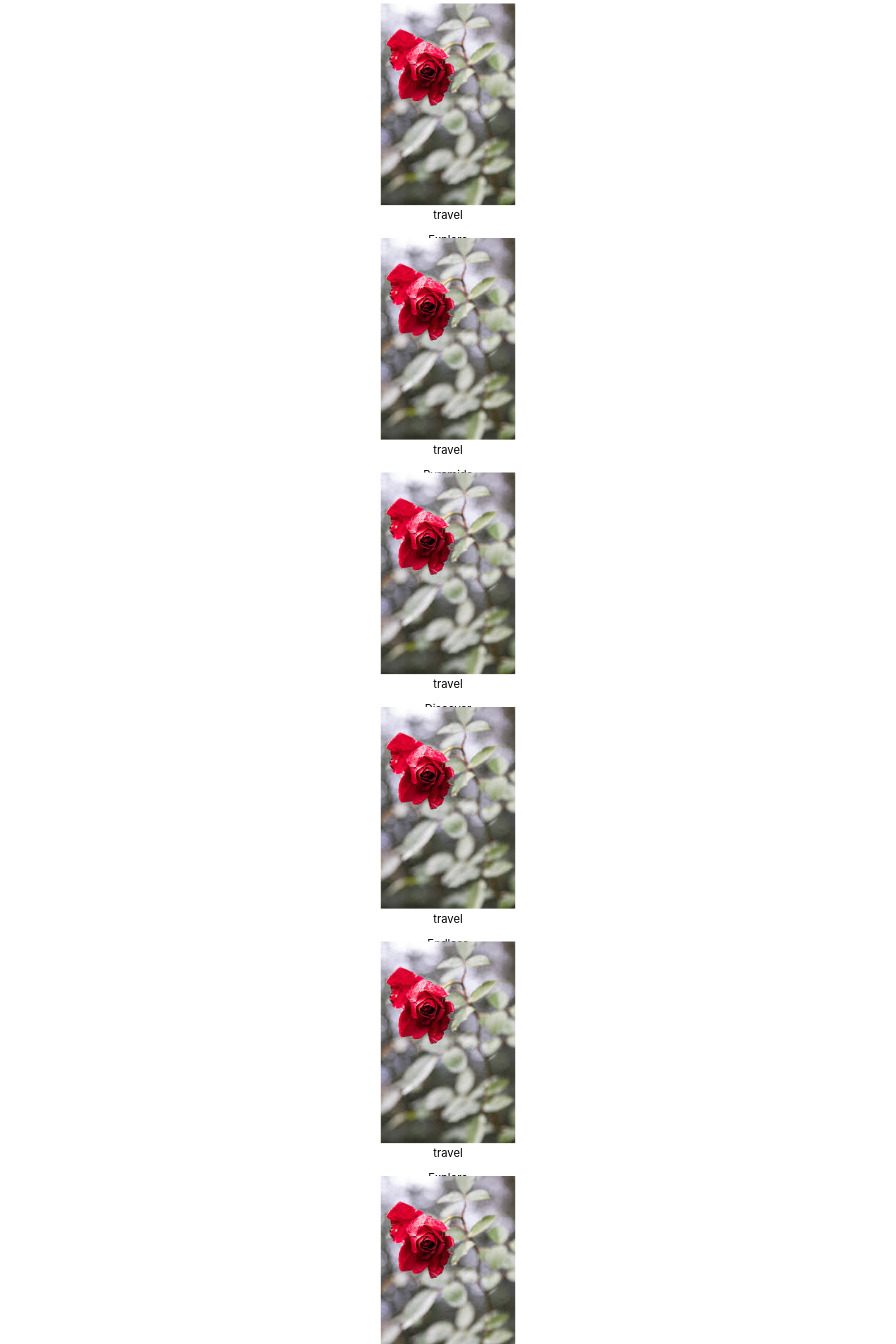
Repository: vakharia5/Preview
Page: /
An editor plug-in stored every save of this project. The page is shown before and after the next save, followed by the edit.
The browser window is 1280 px wide. The pictures show the part of the page from y = 0 to 1920 px (the page is 2698 px tall), at 70% of full size.
The pointer rests on the first visible `.card`.
The project was rebuilt for these pictures with package versions that can differ from the ones it lists, and the page was loaded fresh each time.

Above is the page before, as saved 2020-06-22 15:12:18.

After the next save:
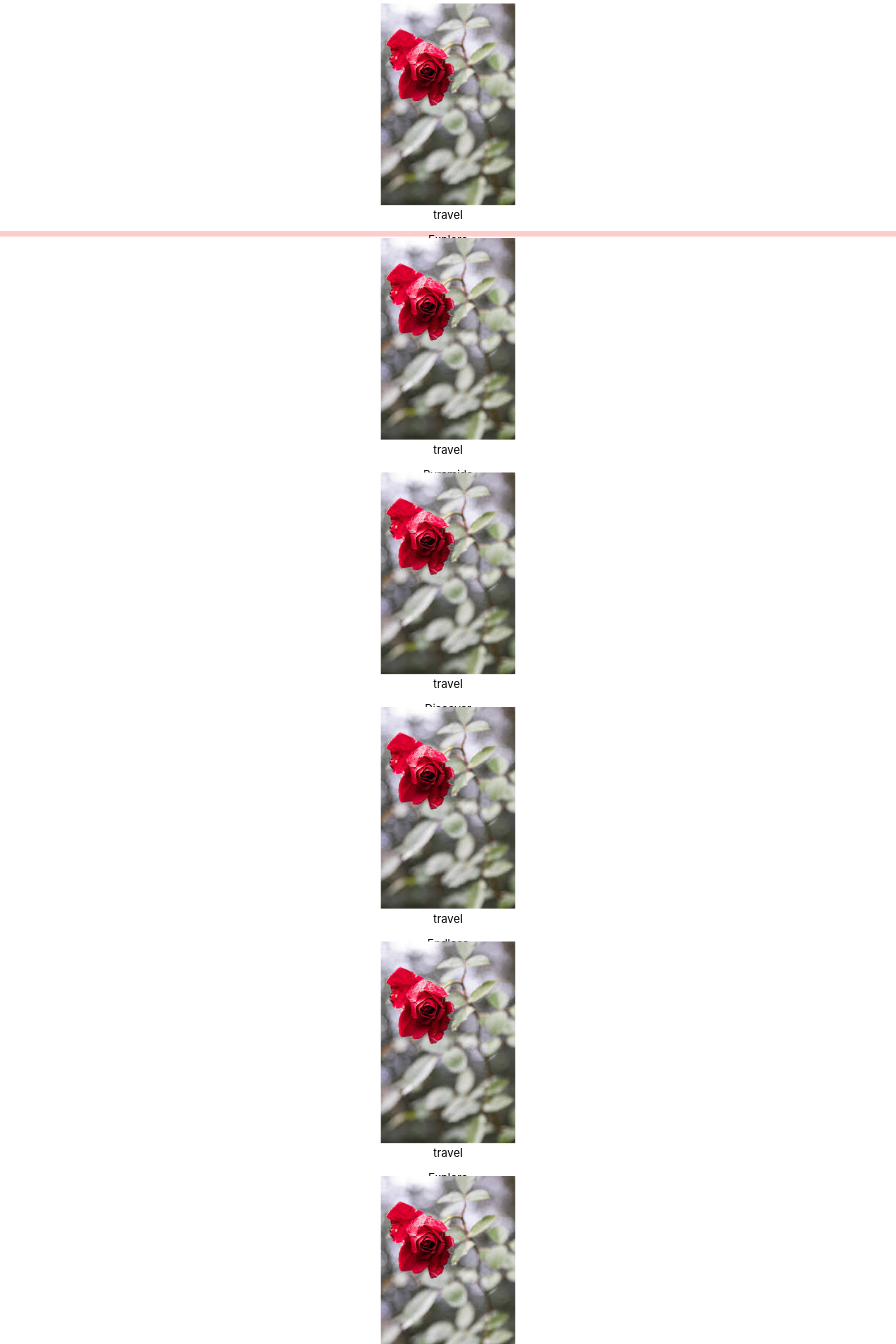
Saved 14 s later.
--- a/src/assets/css/Style.css
+++ b/src/assets/css/Style.css
@@ -14,3 +14,6 @@
 .cardImage:hover{
     box-shadow: 0px 8px  rgba(252, 1, 1, 0.20);
 }
+.card:hover{
+    box-shadow: 0px 8px  rgba(252, 1, 1, 0.20);
+}
